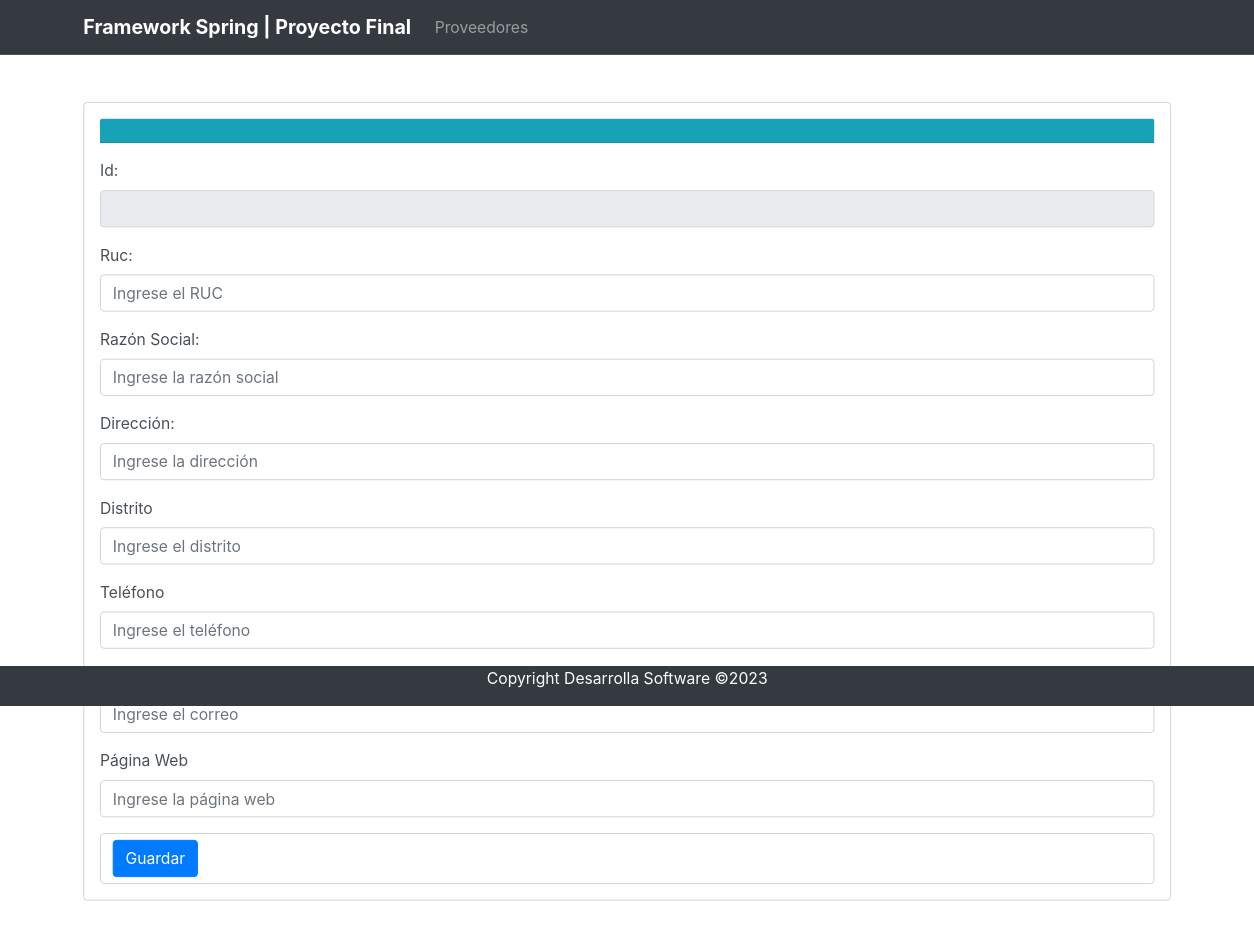
Repository: jeanyantas/proyecto-final-spring
Page: http://localhost/frmEditar
An editor plug-in stored every save of this project. The page is shown before and after the next save, followed by the edit.
The browser window is 1280 px wide. The pictures show the whole page, at 98% of full size.
The page is this project's Thymeleaf template; nobody is signed in. The template is opened directly, without the code that normally fills it, so the values that code supplies are empty.

Above is the page before, as saved 2023-01-15 21:39:24.

After the next save:
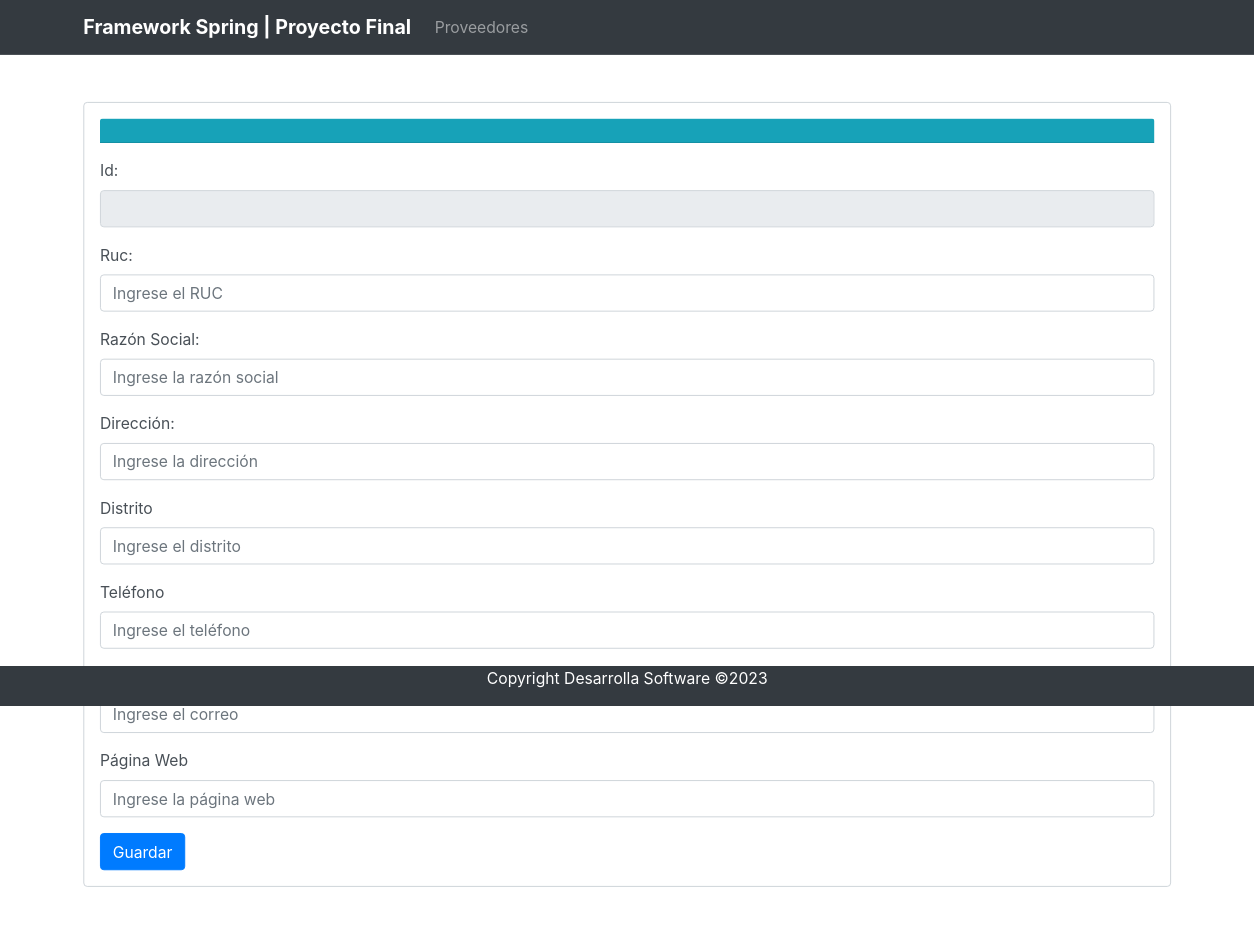
Saved 110 s later.
--- a/moduloProveedor/src/main/resources/templates/frmEditar.html
+++ b/moduloProveedor/src/main/resources/templates/frmEditar.html
@@ -38,7 +38,7 @@
 						<label for="paginaWeb">P&aacute;gina Web</label>
 						<input type="text" th:field="*{paginaweb}" class="form-control" id="paginaWeb" placeholder="Ingrese la p&aacute;gina web">
 					</div>
-				<div class="form-control">
+				<div>
 					<input type="submit" class="btn btn-primary" value="Guardar">
 				</div>
 			</form>
